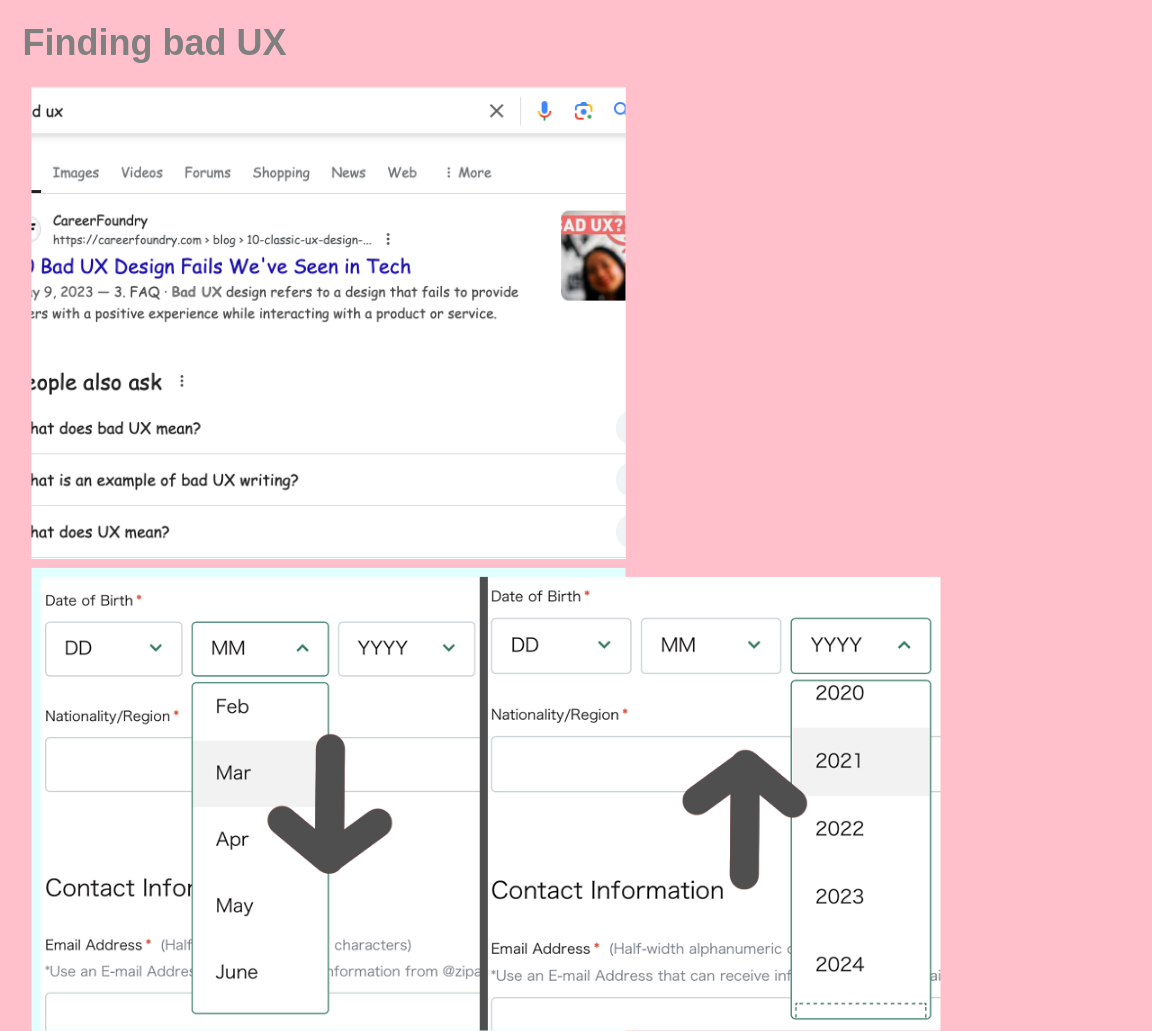
Repository: j1s00jang/MDIA-2109
Page: index.html
The author's editor kept a copy of each file at every save. The page is drawn from the files as they stood at one save, then again after the next save.
The browser window is 1280 px wide. The pictures show the part of the page from y = 0 to 1145 px (the page is 1724 px tall before and 1777 px after), at 90% of full size.
A picture or video elsewhere on the page could not be fetched, so the positions and the page height are approximate.

Above is the page before, as saved 2025-02-24 12:14:56.

After the next save:
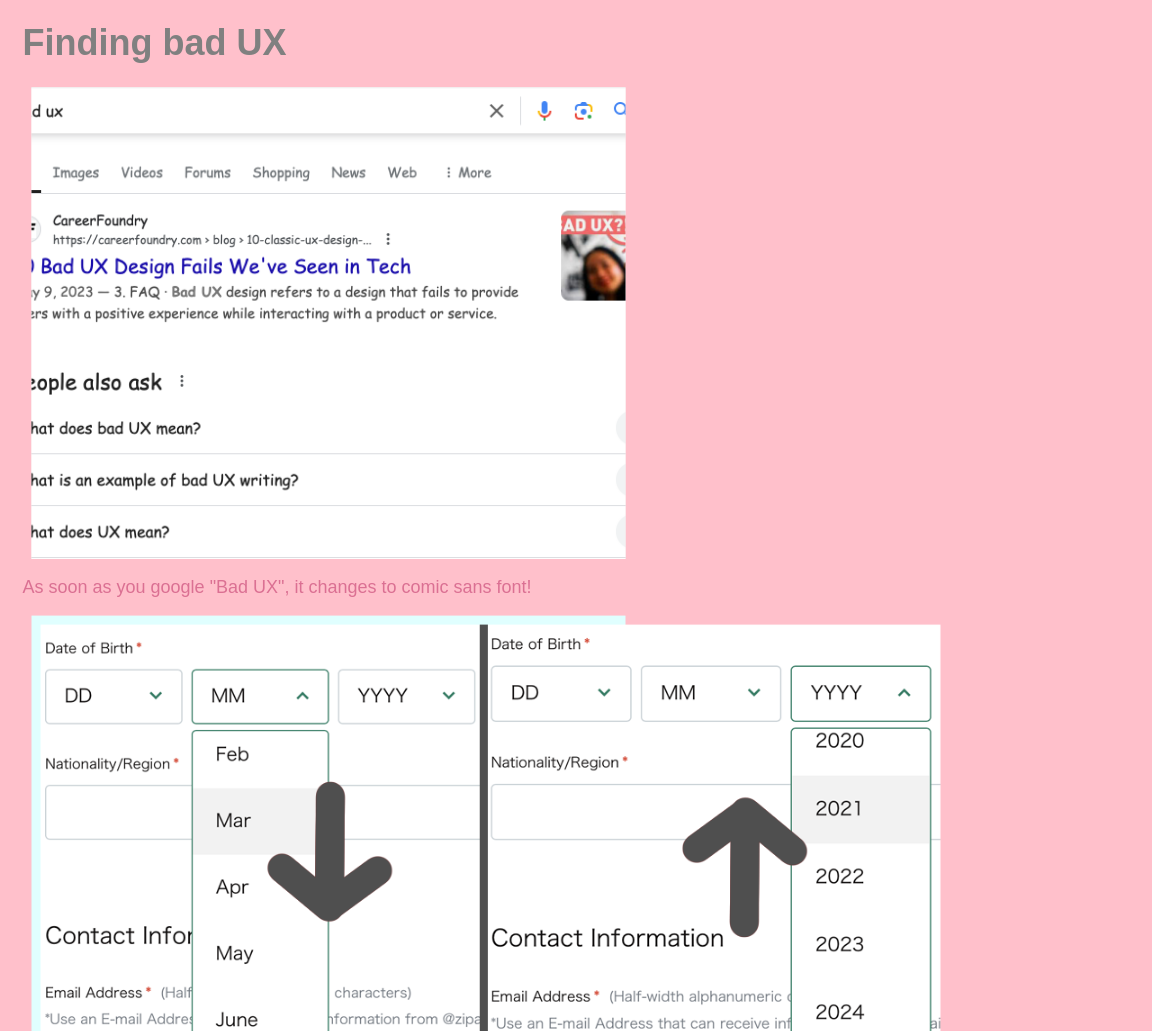
Saved 38 s later.
--- a/index.html
+++ b/index.html
@@ -10,8 +10,9 @@
             <h1 class="title">Finding bad UX</h1>
 
             <div class="first">
-                <img src="css/first.png" alt="google ux" class="first_photo"><p>As soon as you google "Bad UX", it changes to comic sans font!</p>
+                <img src="css/first.png" alt="google ux" class="first_photo">
             </div>
+            <p class="first_desc">As soon as you google "Bad UX", it changes to comic sans font!</p>
 
             <div class="second">
                 <img src="css/second.png" alt="confirm button in red"><p>You filled up long survey took 30 minutes, and go back button was in blue, confirm button was red.</p>
